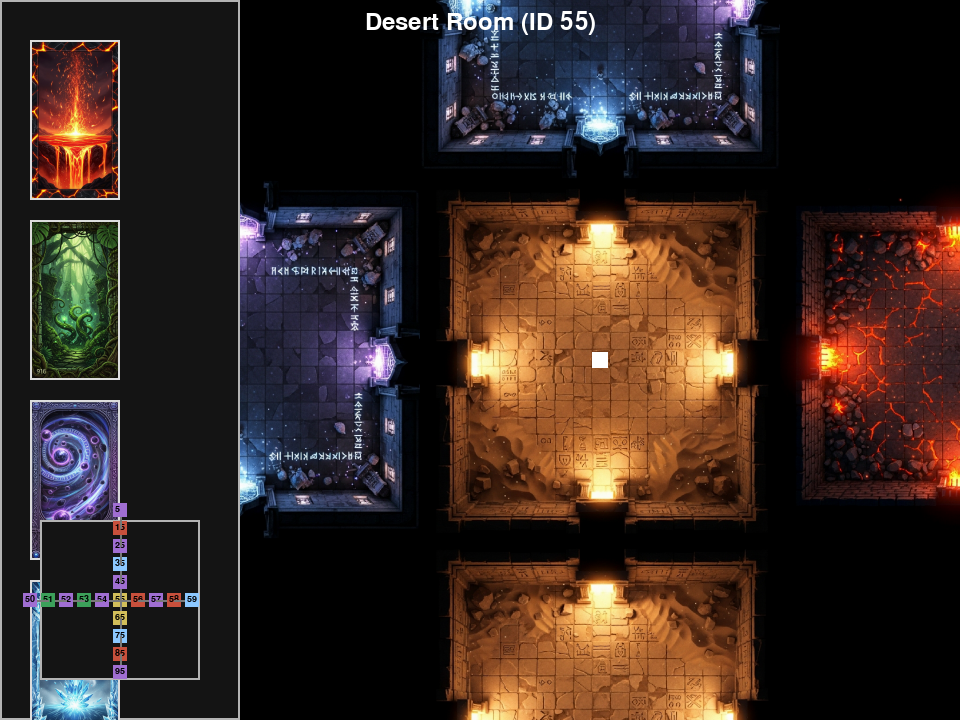
Repository: MehediMim/GateBound
Script's output: python main.py
These files come from the project's save history. The script's output is drawn as it stood at one moment and after the next save; the edit follows.
The window is shown after at most 60 frames with no key pressed. Random numbers start from a fixed seed. It also reads assets/bg_arcane.png, assets/bg_desert.png, assets/bg_ice.png, assets/bg_jungle.png, assets/bg_volcanic.png, assets/card_arcane.jpeg, assets/card_desert.jpeg, assets/card_ice.jpeg, assets/card_jungle.jpeg, assets/card_volcanic.jpeg.

Above is the script's output before, as saved 2026-01-26 19:25:45.

After the next save:
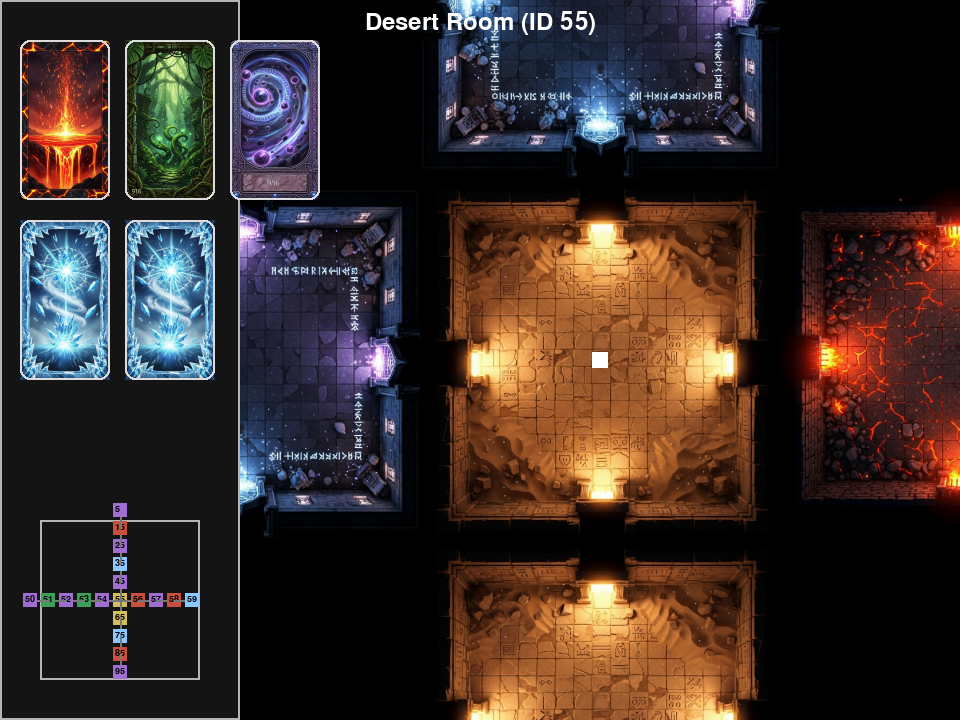
Saved 99 s later.
--- a/main.py
+++ b/main.py
@@ -192,23 +192,29 @@ def handle_doors():
 # DRAW UI
 # =========================
 def draw_cards():
-    x = 30
-    y = 40
-    gap = 20
+    start_x = 20
+    start_y = 40
+    gap_x = 15
+    gap_y = 20
+    cards_per_row = 3
 
     for i, c in enumerate(cards):
         key = CARD_IMAGE_KEY[c["type"]]
-        cx = x
-        cy = y + i * (CARD_HEIGHT + gap)
-
-        screen.blit(card_images[key], (cx, cy))
+
+        row = i // cards_per_row
+        col = i % cards_per_row
+
+        x = start_x + col * (CARD_WIDTH + gap_x)
+        y = start_y + row * (CARD_HEIGHT + gap_y)
+
+        screen.blit(card_images[key], (x, y))
 
         pygame.draw.rect(
             screen,
             (220, 220, 220),
-            (cx, cy, CARD_WIDTH, CARD_HEIGHT),
+            (x, y, CARD_WIDTH, CARD_HEIGHT),
             2,
-            border_radius=1
+            border_radius=10
         )
 
 def draw_minimap():
